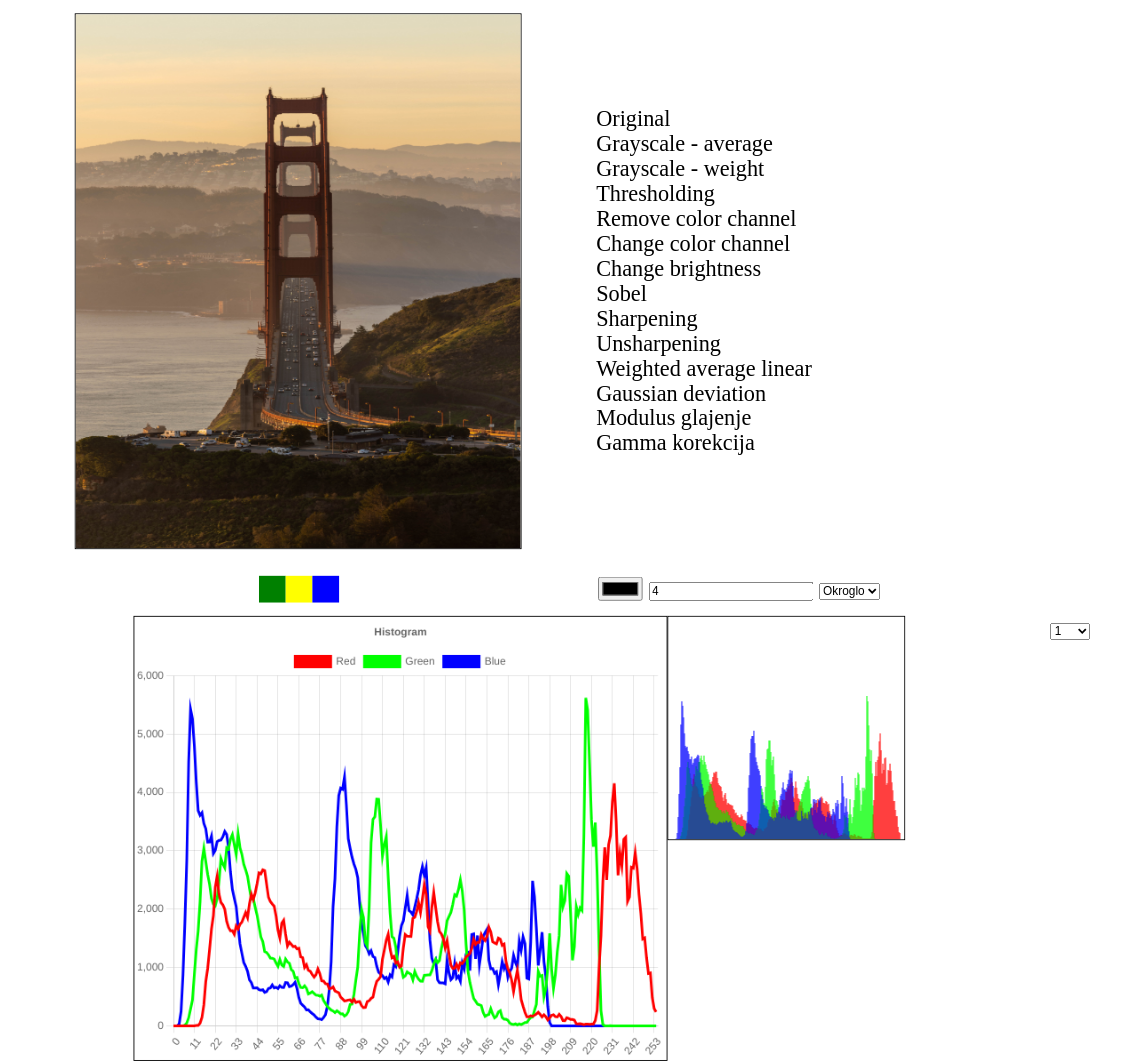
Repository: fussionko/web_photoshop
Page: index.html
These files come from the project's save history. The page is drawn as it stood at one moment and after the next save; the edit follows.
The browser window is 1280 px wide. The pictures show the whole page, at 89% of full size.
Some web libraries are served in a nearby version.

Above is the page before, as saved 2022-04-29 10:45:53.

### index.html
<!doctype html>
<html lang="en">
    <head>
        <meta charset="utf-8">
        <meta name="viewport" content="width=device-width, initial-scale=1">

        <title>Slike</title>
        <link rel="stylesheet" href="style.css">
    </head>
    <body>
        <div id="container-main">
            <canvas id="main_canvas"></canvas>
            <div id="container-buttons"></div>
            <div id="container-controls"></div>
        </div>
        <div id="container-assist">
            <div id="container-history"><div id="history-back"></div><div id="history-fow"></div><div id="history-reset"></div></div>
            <div id="container-color">
                <input type="color" id="color" value="#000000">
                <input type="number" id="brush-size" step="1" value="4">
                <select id="cap-type">
                    <option value="butt">Butt</option>
                    <option value="round" selected>Okroglo</option>
                    <option value="square">Kvadrat</option>
                </select>
            </div>
        </div>
        <div id="container-histogram">
            <div>
                <canvas id="main-chart"></canvas>
            </div>
            <div>
                <canvas id="main-graph"></canvas>
            </div>
            <div id="container-graph-data">
                <select id="basket-num"></select>
            </div>
        </div>
        <script src="https://cdnjs.cloudflare.com/ajax/libs/Chart.js/3.7.1/chart.min.js"></script>
        <script src="filters.js"></script>
        <script src="draw.js"></script>
        <script src="history.js"></script>
        <script src="graph.js"></script>
        <script src="main.js"></script>
    </body>
</html>

### style.css
html {
    margin: 0;
    width: 100%;
    height: 100%;

    background-color: white !important;
}
body {
    margin: 0;

    display: grid;
    align-items: center;

    font-size: 25px;
    background-color: white !important;
    width: 100%;
    height: 100%;

}

#container-main, #container-assist, #container-historgram {
    margin: 15px 0;
}

#container-main {
    width: 100%;
    display: grid;
    grid-template-columns: auto auto 200px;
    align-items: center;
    justify-content: space-evenly;

}
canvas {

    border: 1px solid black;
}

.button-function {
    border: 1px solid black;
    padding: 5px;
    margin: 5px;;
}

#container-assist {
    display: grid;
    grid-template-columns: auto auto ;
    justify-content: space-evenly;
}

#container-history {
    display: flex;

}

#history-back, #history-fow, #history-reset {
    width: 30px;
    height: 30px;
}

#history-fow {
    background-color: yellow;
}

#history-back {
    background-color: green;
}

#history-reset {
    background-color: blue;
}

#container-histogram {
    display: grid;
    grid-template-columns: 1fr 1fr 100px;
    margin-left: 150px;
    margin-bottom: 100px;
    height: 500px;
}

### draw.js
function loadDraw()
{
    document.addEventListener('mousemove', draw);
    document.addEventListener('mousedown', function(e){
        setPosition(e);
        draw(e);
    });
    document.addEventListener('mouseenter', setPosition);
    document.addEventListener('mouseup', function(e){
        if(e.clientX > canvas_x_position + canvas_width || e.clientX < canvas_x_position) return;
        if(e.clientY > canvas_y_position + canvas_height || e.clientY < canvas_y_position) return;
        loadImage(getPixelData());
    });

    document.getElementById("color").addEventListener("change", function(){
        draw_color = this.value;
        console.log(draw_color);
    });

    document.getElementById("brush-size").addEventListener("change", function(){
        brush_size = parseInt(this.value);
        console.log(brush_size);
    });

    document.getElementById("cap-type").addEventListener("change", function(){
        cap_type = this.value;
        console.log(cap_type);
    });
}

let pos = {x:0, y:0}

function setPosition(e)
{
    pos.x = e.clientX - canvas_x_position;
    pos.y = e.clientY - canvas_y_position;
}

let draw_color = "#000000";
let brush_size = 4;
let cap_type = "round";
function draw(e)
{
    if (e.buttons !== 1) return;

    main_ctx.beginPath(); // begin

    main_ctx.lineWidth = brush_size;
    main_ctx.lineCap = cap_type;
    main_ctx.strokeStyle = draw_color;

    main_ctx.moveTo(pos.x, pos.y); // from
    setPosition(e);
    main_ctx.lineTo(pos.x, pos.y); // to

    main_ctx.stroke(); // draw it!


}

function delete_draw(e)
{
    if (e.buttons !== 1) return;

    main_ctx.beginPath(); // begin

    main_ctx.lineWidth = brush_size;
    main_ctx.lineCap = 'round';
    main_ctx.strokeStyle = draw_color;

    main_ctx.moveTo(pos.x, pos.y); // from
    setPosition(e);
    main_ctx.lineTo(pos.x, pos.y); // to

    main_ctx.stroke(); // draw it!
}

### history.js
function loadHistory()
{
    document.getElementById("history-back").addEventListener("click", function(){
        if(moveBackwardHistory() == -1) return;
        loadImageHistory();
    })

    document.getElementById("history-fow").addEventListener("click", function(){
        if(moveFowardHistory() == -1) return;
        loadImageHistory();
    })

    document.getElementById("history-reset").addEventListener("click", function(){
        let draw_image = new ImageData(canvas_width, canvas_height);
        draw_image.data.set(original_img_data);
        history = [draw_image.data];
        currentHistoryIndex = 1;
        current_filter_data["filter"] = "original";
        current_filter_data["index"] = 1;
        current_filter_data["data"] = draw_image.data;
        loadImageHistory();
    })
}

let history = [];
let currentHistoryIndex = 0;
function addToHistory(img_data)
{
    if(checkSame(img_data, history[history.length-1]) == 1) return;
    if(currentHistoryIndex != history.length)
        removeHistoryToIndex();

    history.push(img_data);
    currentHistoryIndex++;
}

function removeHistoryToIndex()
{
    history.splice(currentHistoryIndex, history.length-currentHistoryIndex)
}

function moveFowardHistory()
{
    if(currentHistoryIndex+1 > history.length) return -1;
    currentHistoryIndex++;
    return 1;
}

function moveBackwardHistory()
{
    if(currentHistoryIndex-1 <= 0) return -1;
    currentHistoryIndex--;
    return 1;
}

function getCurrentHistory()
{
    return history[currentHistoryIndex];
}

### graph.js
const graph_width = 265;
const graph_height = 250;

const chart_width = 600;
const chart_height = 500;

let main_graph;
let graph_ctx;

let chart_ctx;

let normalization_value = 35;
let graph_offset = 5;

let main_chart;

function initGraph()
{
    main_graph = document.getElementById("main-graph");
    graph_ctx = main_graph.getContext('2d');
    main_graph.width = graph_width;
    main_graph.height = graph_height;

    main_chart = document.getElementById("main-chart")
    chart_ctx = main_chart.getContext('2d');
    main_chart.width = chart_width;
    main_chart.height = chart_height;

    let select_basket = document.getElementById("basket-num")
    for(let i = 0; i <= 255; i++)
        if(255%i == 0)
        {
            let option = document.createElement("option");
            option.value = i;
            option.innerText = i;
            select_basket.appendChild(option);
        }

    document.getElementById("basket-num").addEventListener("change", function(){
        let value = parseInt(this.value);
        basket_num = value;
        create_graph()
        console.log("neki");
    });

    clear_graph()
    create_graph()

    main_chart = new Chart(
        chart_ctx,
        config
    );

}

function all_new_graphs(img_data)
{
    clear_graph()
    create_graph()
    count_Pixel(img_data);
    draw_graph()
}

function clear_graph()
{
    graph_ctx.fillStyle = "#FFFFFF";
    graph_ctx.fillRect(0, 0, graph_width, graph_height);
}



let basket_num = 255;
let basket_size = 255/basket_num;
const graph_template = {
    "r":{},
    "g":{},
    "b":{}
}
let graph = JSON.parse(JSON.stringify(graph_template));

function create_graph()
{
    graph = JSON.parse(JSON.stringify(graph_template));
    for(let i = 1; i <= basket_num; i++)
    {
        graph["r"][basket_size*i] = 0;
        graph["g"][basket_size*i] = 0;
        graph["b"][basket_size*i] = 0;
    }
}

function count_Pixel(img_data)
{

    let ranges = Object.keys(graph["r"]);

    for(let i = 0; i < img_data.length; i+=4)
    {
        for(const key in ranges)
            if(img_data[i] < parseInt(ranges[key]))
            {
                graph["r"][ranges[key]]++;
                break;
            }
        for(const key in ranges)
            if(img_data[i+1] < parseInt(ranges[key]))
            {
                graph["g"][ranges[key]]++;
                break;
            }
        for(const key in ranges)
            if(img_data[i+2] < parseInt(ranges[key]))
            {
                graph["b"][ranges[key]]++;
                break;
            }
    }

    console.log(graph);
    addData(main_chart);
    normalizeGraph();
    draw_graph();
}

function normalizeGraph()
{
    for(const c in graph)
        for(const range in graph[c])
            graph[c][range] = Math.round(graph[c][range]/normalization_value);
}

let i = 0;
function draw_graph_animation()
{

}


function drawCurve(range, height, prev, color)
{
    graph_ctx.strokeStyle = color;
    graph_ctx.beginPath();
    graph_ctx.moveTo(graph_offset+range-1, graph_height-prev);
    graph_ctx.quadraticCurveTo(graph_offset+range-1, graph_height-prev, graph_offset+range, height);
    graph_ctx.stroke();
    graph_ctx.closePath();
}



let labels = [];
for(let i = 0; i<= 255; i++)
    labels[i] = i;

const data = {
    labels: labels,
    datasets: [
        {
            label: 'Red',
            data: [],
            borderColor: "#ff0000",
            backgroundColor: "#ff0000",
        },
        {
            label: 'Green',
            data: [],
            borderColor: "#00ff00",
            backgroundColor: "#00ff00",
        },
        {
            label: 'Blue',
            data: [],
            borderColor: "#0000ff",
            backgroundColor: "#0000ff",
        }
    ]
};

const config = {
    type: 'line',
    data: data,
    options: {
        responsive: false,
        plugins: {
            legend:
            {
                position: 'top',
            },
            title:
            {
                display: true,
                text: 'Histogram'
            }
        },
        scales: {
            x: {
              ticks: {
                beginAtZero: true,
              }
            },
            y: {
              ticks: {
                beginAtZero: true,

              }
            }
          },
          elements: {
            point:{
                radius: 0
            }
        },
        animations: {
            tension: {
              duration: 1000,
              easing: 'linear',
              from: 1,
              to: 0,
            }
          },
    },
};


function addData(chart) {
    chart.data.datasets.forEach((dataset) => {
        dataset.data = [];
        if(dataset.label == "Red")
            for(const range in graph["r"])
                dataset.data.push(graph["r"][range]);
        else if(dataset.label == "Green")
            for(const range in graph["g"])
                dataset.data.push(graph["g"][range]);
        else if(dataset.label == "Blue")
            for(const range in graph["b"])
                    dataset.data.push(graph["b"][range]);
    });
    console.log(chart.data);
    chart.update();
}



function draw_graph()
{
    graph_ctx.lineWidth = 1;

    for(let range in graph["r"])
    {
        range = parseInt(range);

        graph_ctx.beginPath();
        graph_ctx.moveTo(graph_offset+range, graph_height);
        graph_ctx.strokeStyle = "#FF0000";

        graph_ctx.lineTo(graph_offset+range, graph_height-graph["r"][range]);
        graph_ctx.stroke();
        graph_ctx.closePath();

        graph_ctx.beginPath();
        graph_ctx.moveTo(graph_offset+range, graph_height);
        graph_ctx.strokeStyle = "#00FF00";
        graph_ctx.lineTo(graph_offset+range, graph_height-graph["g"][range]);
        graph_ctx.stroke();
        graph_ctx.closePath();

        graph_ctx.beginPath();
        graph_ctx.moveTo(graph_offset+range, graph_height);
        graph_ctx.strokeStyle = "#0000FF";
        graph_ctx.lineTo(graph_offset+range, graph_height-graph["b"][range]);
        graph_ctx.stroke();
        graph_ctx.closePath();
    }


}

Loaded but not shown: main.js (441 lines, source omitted); filters.js (443 lines, source omitted)

After the next save:
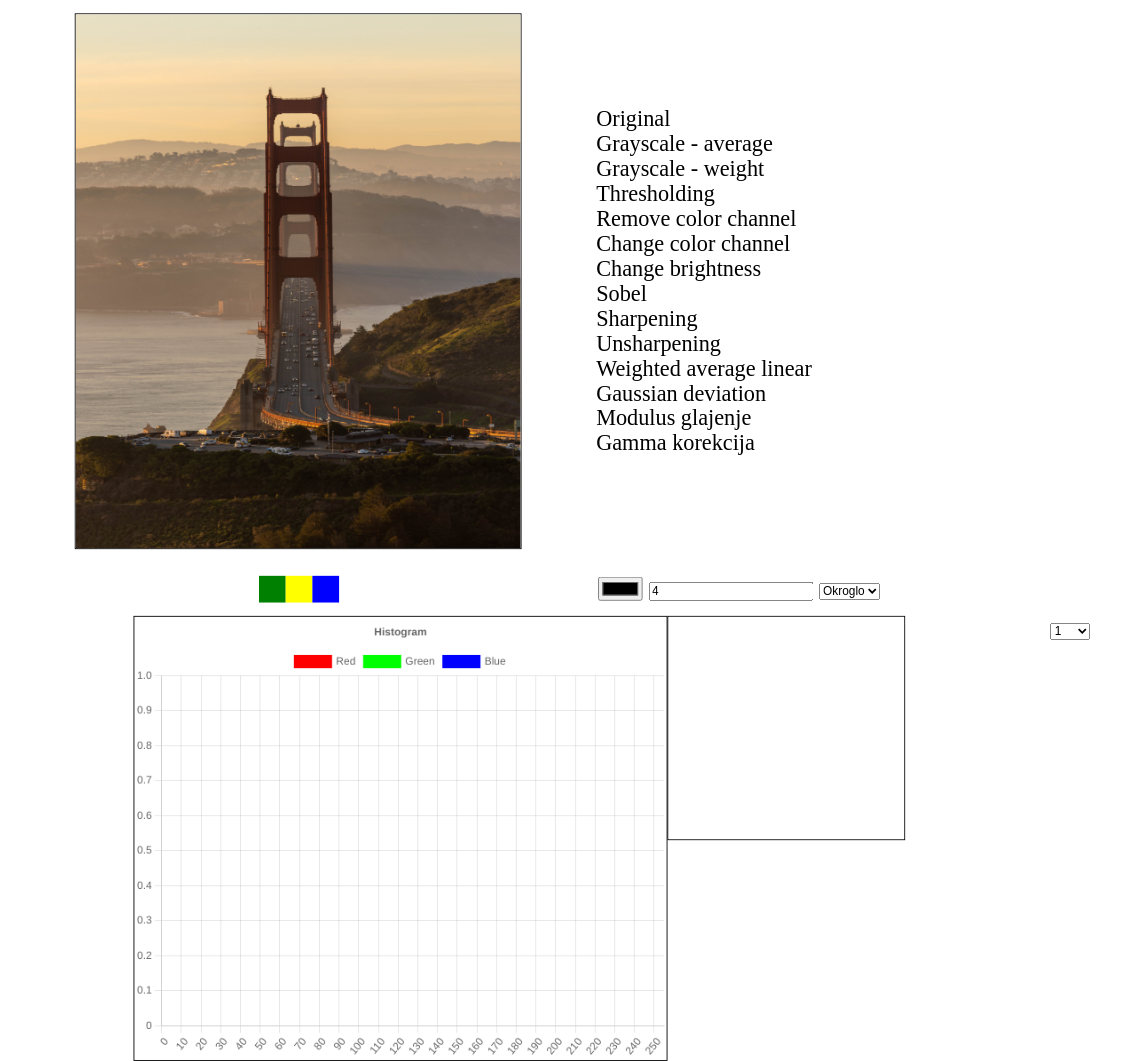
Saved 31 s later.
--- a/graph.js
+++ b/graph.js
@@ -55,9 +55,12 @@ function initGraph()
 
 function all_new_graphs(img_data)
 {
+    addData(main_chart);
+
     clear_graph()
     create_graph()
     count_Pixel(img_data);
+    normalizeGraph();
     draw_graph()
 }
 
@@ -115,11 +118,6 @@ function count_Pixel(img_data)
                 break;
             }
     }
-
-    console.log(graph);
-    addData(main_chart);
-    normalizeGraph();
-    draw_graph();
 }
 
 function normalizeGraph()
